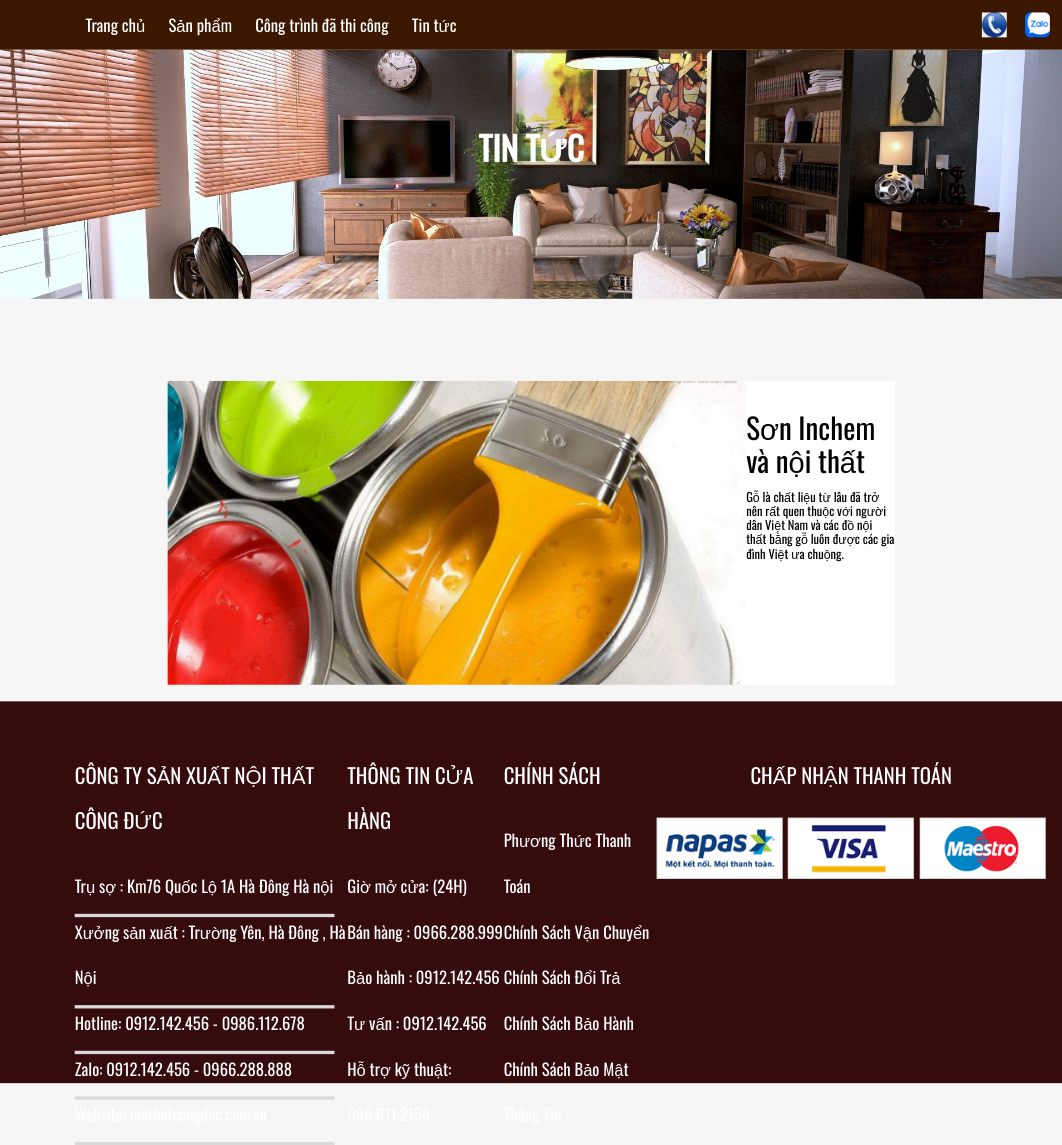
Repository: KHANHD192/FigmaTo-HTML
Page: APP-SHOP/tintuc.html
These files come from the project's save history. The page is drawn as it stood at one moment and after the next save; the edit follows.
The browser window is 1280 px wide. The pictures show the whole page, at 83% of full size.

Above is the page before, as saved 2022-11-22 14:33:21.

### APP-SHOP/tintuc.html
<!DOCTYPE html>
<html lang="en">
<head>
    <meta charset="UTF-8">
    <meta http-equiv="X-UA-Compatible" content="IE=edge">
    <meta name="viewport" content="width=device-width, initial-scale=1.0">
    <title>Tin tức</title>
    <link rel="stylesheet" href="https://cdnjs.cloudflare.com/ajax/libs/normalize/8.0.1/normalize.min.css" integrity="sha512-NhSC1YmyruXifcj/KFRWoC561YpHpc5Jtzgvbuzx5VozKpWvQ+4nXhPdFgmx8xqexRcpAglTj9sIBWINXa8x5w==" crossorigin="anonymous" referrerpolicy="no-referrer" />
    <link rel="stylesheet" href="./asset/Css_main/base.css">
    <link rel="stylesheet" href="./asset/Css_main/main.css">
    <link rel="preconnect" href="https://fonts.googleapis.com">
     <link rel="preconnect" href="https://fonts.gstatic.com" crossorigin>
   <style>
     html{
            font-family: 'Oswald', sans-serif;
        }
        .header__background{
       height: 300px;
       position:relative;
         }
         .header__background-heading{
            position:absolute;
            font-size: 40px;
            line-height: 74.1px;
            color: white;
            top:30%;
            left:50%;
            transform: translate(-50%,-50%);
         }
         .container__wrap{
            max-width: 1395px;
            height: 366px;
            background-color: #ffffff;
            margin:99px 202px 20px 202px;
         }
         .container__image{
            max-width: 696px;
            height: 100%;
         }
          .container__image img {
            width: 100%;
            height: 100%;
            object-fit: cover;
          }
          .container__content{
            display: flex;
          }
          .content__text{
            max-width: 632px;
            height: 208px;
          }
          .content__text .content__text-title{
            font-size: 35px;
            margin-bottom: 15px;
          }
          .content__text .content__text-derc{
            font-size: 15px;
            font-weight: 300;
            margin-top:2px;
          }
   </style>
    </head>
<body>
    <div class="app">
        <header class="app__header">
            <div class="header__nav-bar">
               <ul class="nav-bar__item">
                   <li>
                       <a href="./index.html" class="nav-bar__item-link">Trang chủ</a>
                   </li>
                   <li>
                       <a href="#" class="nav-bar__item-link">Sản phẩm</a>
                   </li>
                   <li>
                       <a href="./ctdtc.html" class="nav-bar__item-link">Công trình đã thi công</a>
                   </li>
                   <li>
                       <a href="./tintuc.html" class="nav-bar__item-link">Tin tức</a>
                   </li>
               </ul>
               <ul class="nav-bar__icon">
                   <li>
                       <img src="./asset/IMG/image 3.png" alt="" class="logo">
                   </li>
                   <li>
                       <img src="./asset/IMG/image 2.png" alt="" class="logo">
                   </li>
               </ul>
            </div>
            <div class="header__background">
                <h1 class="header__background-heading">TIN TỨC</h1>
                <img src="./asset/IMG/pexels-pixabay-276724.jpg" alt="background">
            </div>
         </header>
         <div class="app__container2">
           <div class="container__wrap">
            <div class="container__content">
                <div class="content__image">
                        <img src="./asset/IMG/image 9.png" alt="avatar">
                </div>
                <div class="content__text">
                    <p class="content__text-title">
                        Sơn Inchem và nội thất
                    </p>
                    <p class="content__text-derc">
                        Gỗ là chất liệu từ lâu đã trở nên rất quen thuộc với người dân Việt Nam và các đồ nội thất bằng gỗ luôn được các gia đình Việt ưa chuộng.
                    </p>
                </div>
            </div>
           </div>
         </div>
         <footer class="app__footer">
            <div class="footer__addres">
                <p class="addres__title">CÔNG TY SẢN XUẤT NỘI THẤT CÔNG ĐỨC</p>
                <ul>
                    <li class="address__item" >Trụ sợ : Km76 Quốc Lộ 1A Hà Đông Hà nội</li>
                    <li class="address__item">Xưởng sản xuất : Trường Yên, Hà Đông , Hà Nội</li>
                    <li class="address__item">Hotline: 0912.142.456 - 0986.112.678 </li>
                    <li class="address__item">Zalo: 0912.142.456 - 0966.288.888</li>
                    <li class="address__item">
                        <a href="noithatcongduc.com.vn">Website: noithatcongduc.com.vn</a>
                    </li>
                </ul>
            </div>
            <div class="footer__info">
                <p class="addres__title">THÔNG TIN CỬA HÀNG </p>
                <ul>
                    <li> Giờ mở cửa: (24H)</li>
                    <li>Bán hàng : 0966.288.999</li>
                    <li> Bảo hành : 0912.142.456 </li>
                    <li>Tư vấn : 0912.142.456</li>
                    <li class="info__item">
                        <a href="tel:098.611.2158">Hỗ trợ kỹ thuật: 098.611.2158</a>
                    </li>
                </ul>
            </div>
            <div class="footer__term">
                <p class="addres__title">CHÍNH SÁCH</p>
                <ul>
                    <li>Phương Thức Thanh Toán</li>
                    <li>Chính Sách Vận Chuyển</li>
                    <li>Chính Sách Đổi Trả </li>
                    <li>Chính Sách Bảo Hành</li>
                    <li>
                        Chính Sách Bảo Mật Thông Tin
                    </li>
                </ul>
            </div>
            <div class="footer__payal">
                <p class="addres__title">CHẤP NHẬN THANH TOÁN</p>
                <ul class="payal__item">
                    <li>
                           <img src="./asset/IMG/image 8.png" alt="Phương thức thanh toán">
                    </li>
                </ul>
            </div>
        </footer>
    </div>
</body>
</html>

### APP-SHOP/asset/Css_main/base.css
@import url('https://fonts.googleapis.com/css2?family=Oswald&family=Roboto:wght@100&display=swap');
/* header */
html{
    font-size: 62.5%;
    box-sizing: border-box;
    font-family: 'Oswald', sans-serif;
    background-color:#F6F6F6;
}
.app{
    max-width: 1800px;
}
.app__header{

}
.header__nav-bar{
      display: flex;
      justify-content: space-between;
      height: 60px;
      background-color: #3C1700;;
}
.nav-bar__item {
    width: 603px;
    height: 30px;
    list-style: none;
    display: flex;
    font-family: 'Oswald', sans-serif;
    font-size: 20px;
    line-height: 29.64px;
    margin-top: 15px;
    margin-bottom: 15px ;
    margin-left: 63px;
}
.nav-bar__item-link{
    text-decoration: none;
    color: #FFFFFF;
    margin-right: 28px;
}
.header__nav-bar:not(:last-child){
    margin-right: 0;
}
.nav-bar__icon{
    list-style: none;
    display: flex;
    margin-top: 15px;
    margin-bottom: 15px ;
    margin-right: 15px;
}
.logo{
    width: 30px;
    height: 30px;
}
.logo:last-child{
    margin-left: 22px;
}
.header__background{
    width:100%;
    height: 420px;
}
.header__background img{
    width: 100%;
    height: 100%;
    object-fit: cover;
}
/* footer */
footer{
    max-width: 1800px;
    height:460px;
    background-color: #350B0C;
    color: #FFFFFF;
}
footer ul{
    list-style: none;
    padding: 0;
    font-size: 20px;
}
.app__footer{
    display:flex;
    justify-content: space-between;
}
.addres__title{
    font-size: 25px;
}
.footer__addres , .footer__info ,.footer__term ,.footer__payal{
    margin-top:35px;
}
.footer__addres{
    max-width: 508px;
    height:375px;
    margin-left:90px;
   line-height: 55px;
}
.address__item{
    position: relative;
}
.address__item::after{
    content: "";
    position: absolute;
    width: 313px;
    height: 4px;
    background-color: #D9D9D9;
    left:0;
    bottom: -10px;
}
.address__item a ,.info__item a {
    text-decoration: none;
    color:#FFFFFF;
}
 .footer__info{
    max-width: 412px;
    height: 356px;
    line-height: 55px;
 }
 .footer__term{
    max-width: 260px;
    height: 356px;
    line-height: 55px;
 }
 .footer__payal{
    line-height: 55px;
    margin-right: 20px;
 }
.footer__payal p {
    text-align: center;
}

### APP-SHOP/asset/Css_main/main.css
.app__container{
 max-width: 1800px;
    height: 3835px;
}
.collect1 h2{
    width: 285px;
    height: 42px;
    font-family: 'Oswald', sans-serif;
    font-weight: 400;
    font-size: 30px;
    line-height: 44.46px;
    color: #000000;
    position: relative;
    margin-top: 61px;
    margin-bottom: 61px;
    margin-left: 72px;
}
.collect1 h2::after{
    content: "";
    position: absolute;
    width: 1365px;
    height: 4px;
    background-color: #D9D9D9;
    left:0;
    bottom: -10px;

}
.collect1 .list__item{
    list-style: none;
    display: flex;
    margin-left:77px;
    margin-right: 88px;
    padding-left: 0;
}
.list__item li {
   max-width: 350px;
    height: 450px;
    border:  1px solid #332F2F;
    margin-right: 74px;
    background-color: #ffffff;
}
.list__item li:last-child{
    margin-right: 0;
}
li .wrap__image{
   max-width: 350px;
    height: 350px;
}
.item__image-link{
    display: block;
    max-width:100%;
    height: 63px;
    font-size: 20px;
    font-weight: 400;
    line-height: 44.46px;
   text-align: center;
   padding-top: 1.5rem;
    color: #000000;
}
li .wrap__image img{
    width: 100%;
    height: 100%;
    object-fit: cover;
}

.project__tiltle p {
    text-align: center;
    margin-top:91px;
    font-size: 50px;
    line-height: 74.1px;
    margin-bottom: 50px;
}
.list__project{
    display:flex;
    list-style: none;
    margin-left:131px;
    margin-right:131px;
    padding-left: 0;
    justify-content: space-between;
}
.list__project-item{
    max-width: 700px;
    height: 560px;
    border:  1px solid #332F2F;
}
.enfold__image{
    max-width: 700px;
    height: 400px;
}
.enfold__image img {
    width: 100%;
    height: 100%;
}
.item__project-link{
    display: block;
    max-width:100%;
    height: 63px;
    font-size: 30px;
    font-weight: 400;
    line-height: 44.46px;
   text-align: center;
   padding-top: 5rem;
    color:#6C271E;
}
.list__project-item:first-child{
    margin-right: 148px;
}
.collect1 p {
    text-align: center;
    margin-top:91px;
    font-size: 50px;
    line-height: 74.1px;
    margin-bottom: 50px;
}
.detail2{
    margin-top: 80px;
}

After the next save:
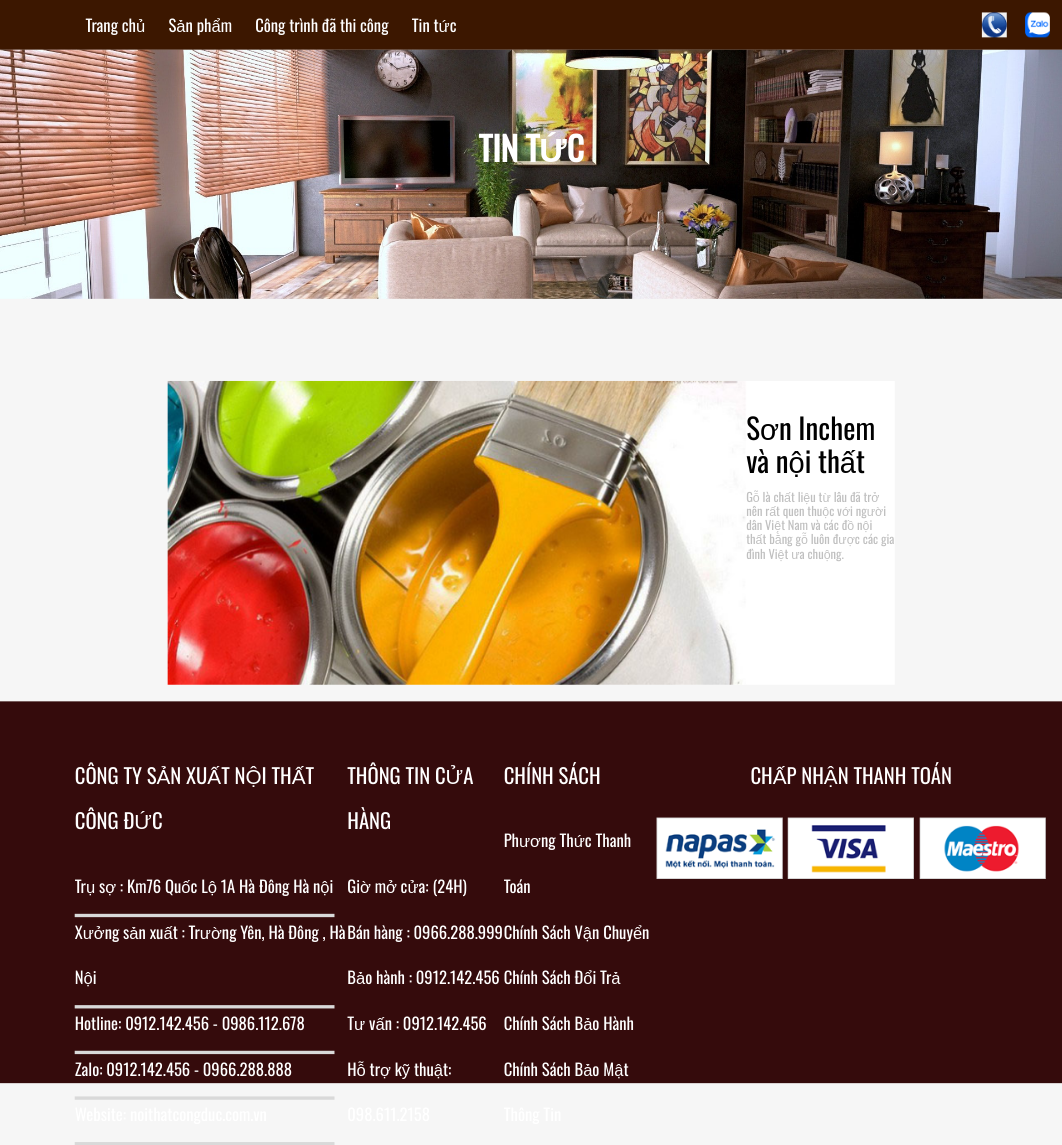
Saved 17 s later.
--- a/APP-SHOP/tintuc.html
+++ b/APP-SHOP/tintuc.html
@@ -57,6 +57,7 @@
             font-size: 15px;
             font-weight: 300;
             margin-top:2px;
+            color: silver;
           }
    </style>
     </head>
